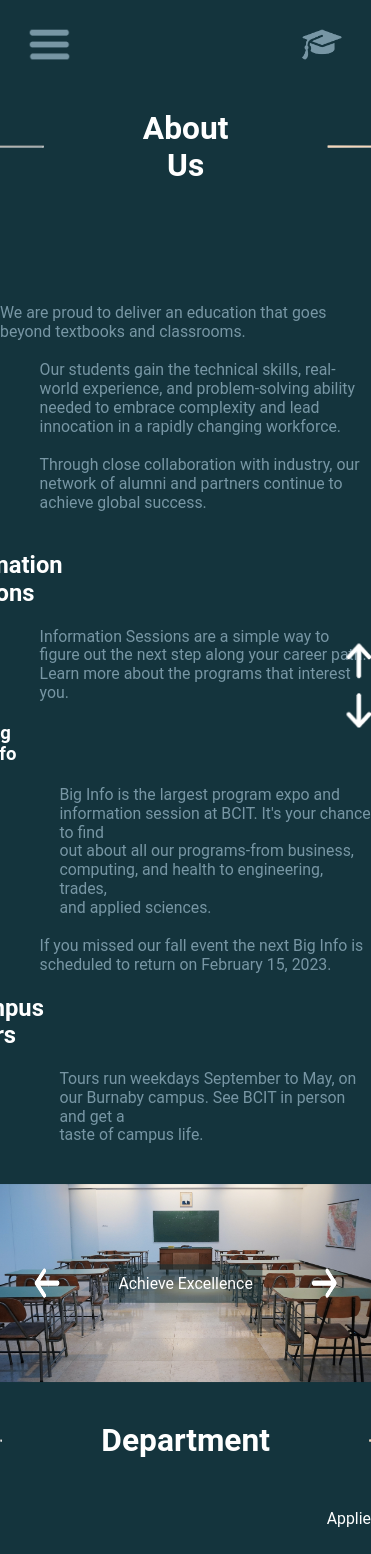
Repository: Sheraliramzan/Aly_A01253508_Assignment1
Page: /about
The author's editor kept a copy of each file at every save. The page is drawn from the files as they stood at one save, then again after the next save.
The browser window is 375 px wide. The pictures show the whole page, at 99% of full size.
The project was rebuilt for these pictures with package versions that can differ from the ones it lists, and the page was loaded fresh each time. The framework's server and built-in components were replaced by stand-ins that run in the browser. Also part of the build but not shown: next.config.js.

Above is the page before, as saved 2023-02-05 14:56:21.

After the next save:
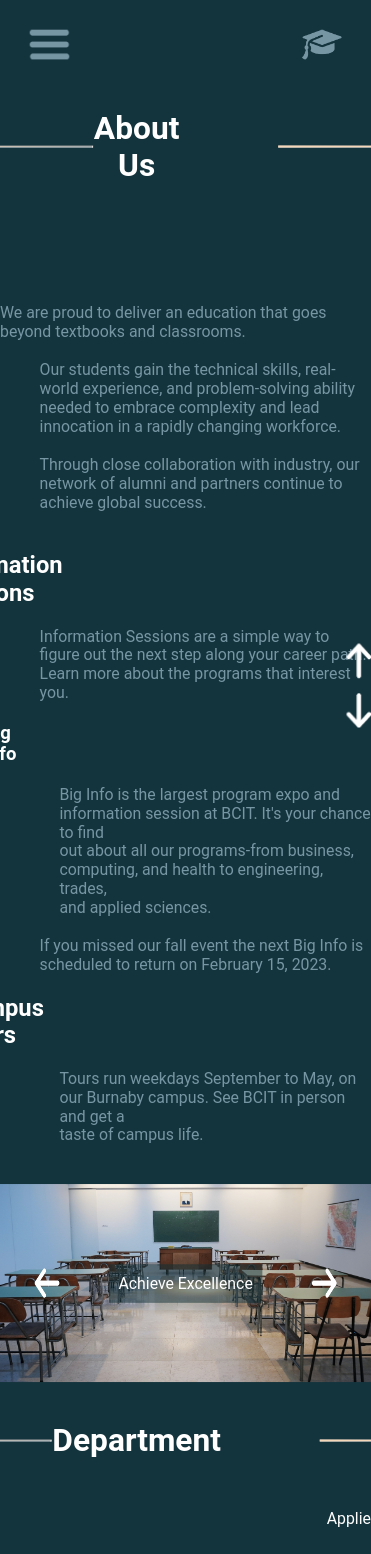
Saved 5 s later.
--- a/styles/globals.css
+++ b/styles/globals.css
@@ -335,7 +335,7 @@ ul > li {
   .hori{
     width: 100px;
     height: 1px;
-    margin-right: 100px;
+    margin-right: 1px;
   }
   .hori1{
     width: 100px;
